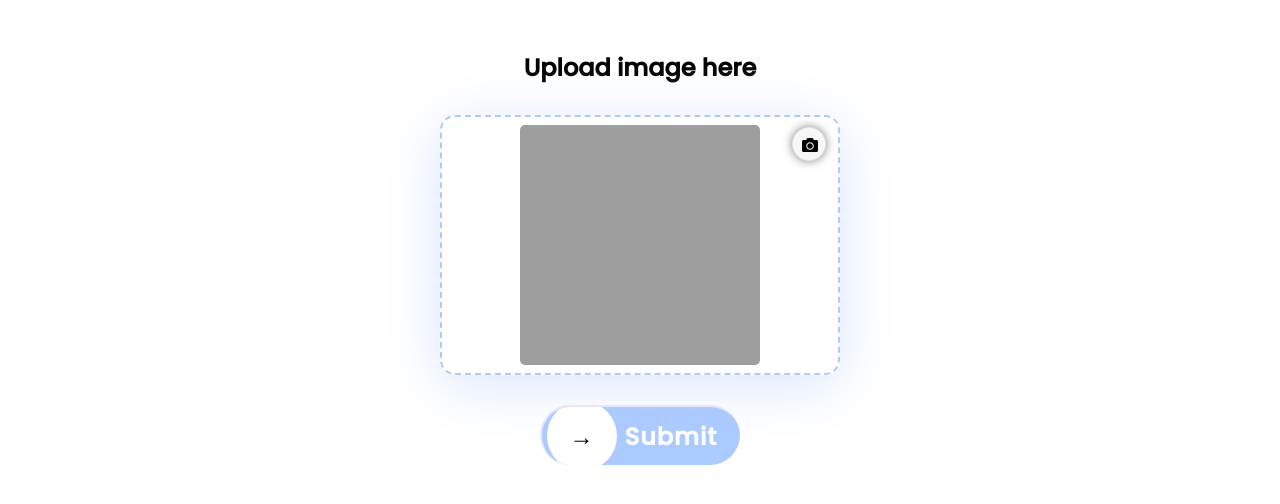
Repository: ThuongDuy/Phan_loai_anh
Page: hcsdlpt/index.html
An editor plug-in stored every save of this project. The page is shown before and after a run of saves, followed by the edit.
The browser window is 1280 px wide. The pictures show the whole page.
Pictures or frames that could not be fetched are drawn as grey boxes.

Above is the page before, as saved 2023-06-02 00:41:05.

After the next 2 saves:
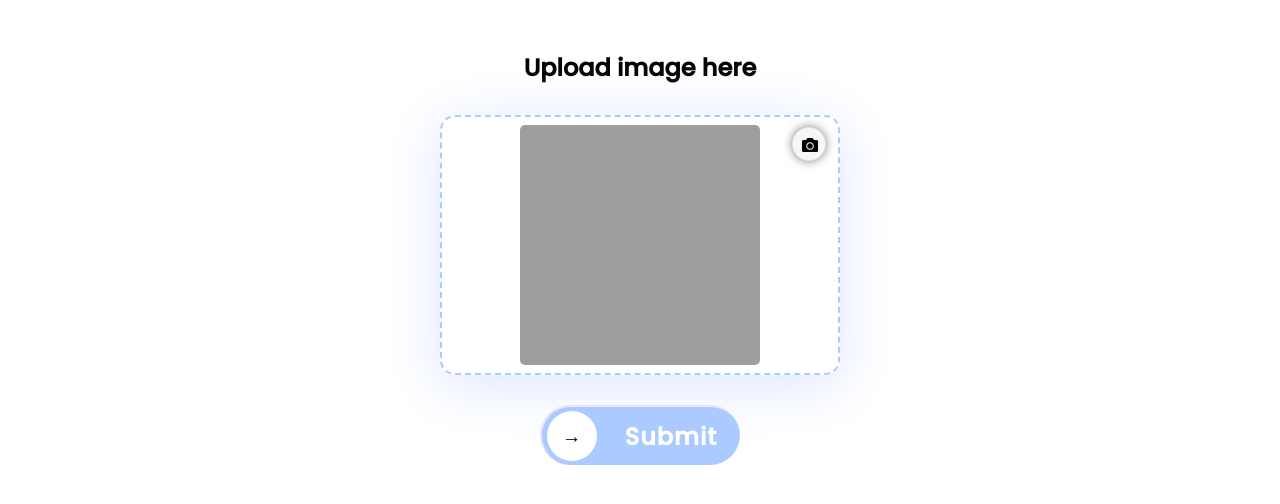
The 2 saves are shown as one change because they came seconds apart.
The last was saved 19 s later.
--- a/hcsdlpt/main.css
+++ b/hcsdlpt/main.css
@@ -112,13 +112,13 @@ button {
     display: grid;
     place-items: center;
     left: 5px;
-    width: 70px;
-    height: 70px;
+    width: 50px;
+    height: 50px;
     background: #fff;
     color: #000;
     border-radius: 50%;
-    font-size: 1.5rem;
-    font-weight: 900;
+    font-size: 1.2rem;
+    font-weight: 700;
     transition: 0.5s cubic-bezier(0.4, 0, 1, 1);
 }
 
